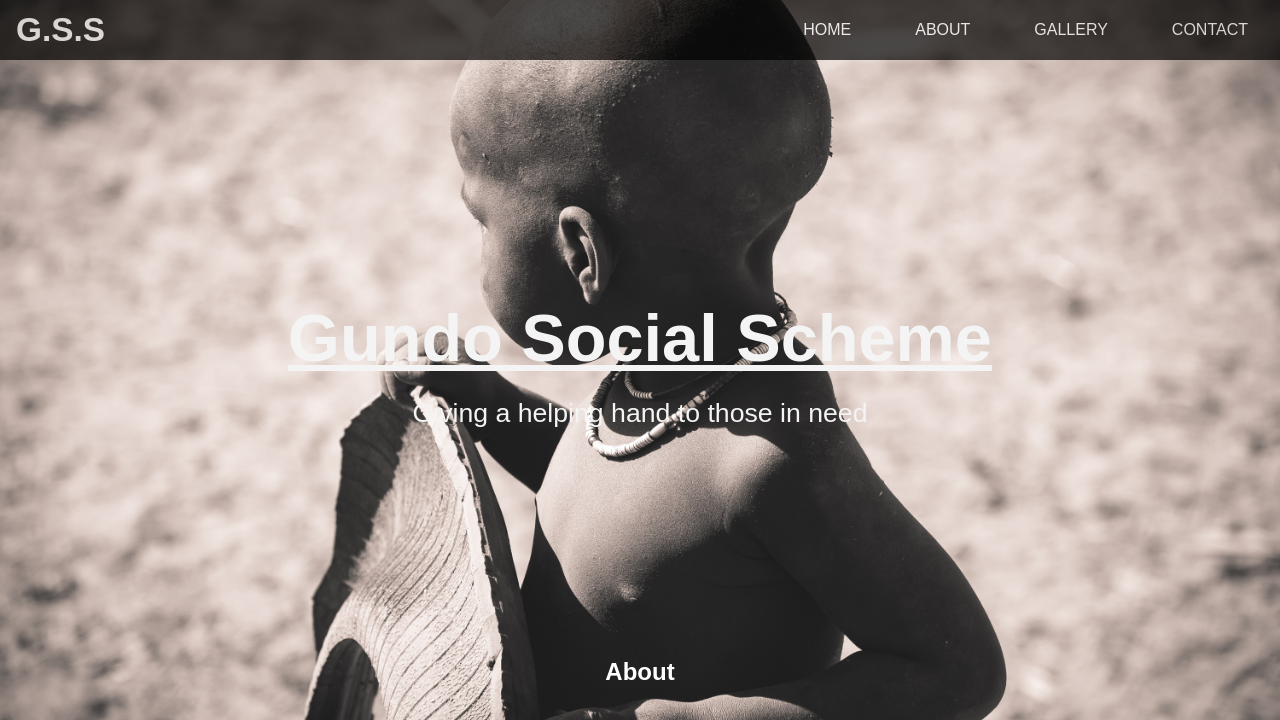
Repository: blessingNtoko/gss-basic_website
Page: index.html
An editor plug-in stored every save of this project. The page is shown before and after the next save, followed by the edit.
The browser window is 1280 px wide. The pictures show the whole page.
An inner scrolling area shows only its first screen.

Above is the page before, as saved 2020-05-13 21:21:21.

### index.html
<!DOCTYPE html>
<html lang="en">

<head>
    <meta charset="UTF-8">
    <meta name="viewport" content="width=device-width, initial-scale=1.0">
    <title>Gundo Social Scheme</title>
    <link rel="stylesheet" href="style.css">
</head>

<body>
    <div class="allContain">
        <nav class="navbar">
            <h1><a href="#home">G.S.S</a></h1>
            <ul>
                <li>
                    <a href="#home">Home</a>
                </li>
                <li>
                    <a href="#about">About</a>
                </li>
                <li>
                    <a href="#work">Gallery</a>
                </li>
                <li>
                    <a href="#contact">Contact</a>
                </li>
            </ul>
        </nav>

        <section id="home">
            <div class="contain">
                <h1>Gundo Social Scheme</h1>
                <p>Giving a helping hand to those in need</p>
            </div>

        </section>

        <section id="about">
            <h1>About</h1>
            <div class="container">
                <div class="row">
                    <div class="col">
                        <img src="assets/images/tempy.jpg" alt="About image">
                    </div>
                    <div class="col">
                        <div class="about1">
                            <h2>Who we are</h2>
                            <p>
                                We are Gundo Social Scheme, a non-profit organization with the founding goal being to help to help South Africa in social development of rural areas as well as providing feeding schemes to the impoverished and charitable ventures to those in need.
                            </p>
                            <br />
                            <h2>What we do</h2>
                            <p>
                                We offer social development, feeding schemes, charity events, sport development, the building of clinics, and providing adequate healthcare to all people through either the distribution of medical resources or providing access to the necessary facilities
                                needed for medical purposes.
                            </p>
                        </div>
                    </div>
                </div>
                <div class="row">
                    <div class="col">
                        <div class="about2">
                            <h2>Vision</h2>
                            <p>
                                Gundo Social Scheme's vision is to respond comprehensively to threats to underprivileged communities throughout South Africa, especially in rural areas. We want to render rural community services which will uplift their standard of living by giving them
                                the knowledge and skills to develop their communities.
                            </p>
                            <br />
                            <h2>Mission</h2>
                            <ul>
                                <li>
                                    Getting to know and building long-term relationships with rural communities.
                                </li>
                                <li>
                                    Operating and aligning social services to relevant legislation and community needs.
                                </li>
                                <li>
                                    Contributing to rural community social development like clinics, schools etc.
                                </li>

                            </ul>
                        </div>
                    </div>
                    <div class="col">
                        <img src="assets/images/tempy2.jpg" alt="About image">
                    </div>
                </div>
            </div>
        </section>

        <div class="fixedScroll fixedScroll1">
            <div class="fixedText">
                <span class="border trans">
                    Image Two text
                </span>
            </div>
        </div>

        <section id="work">
            <h1>Gallery</h1>
            <div class="container">
                <div class="row">
                    <div class="col">
                        <img src="assets/images/workImages/work1.jpeg" alt="">
                    </div>
                    <div class="col">
                        <img src="assets/images/workImages/work2.jpeg" alt="">

                    </div>
                    <div class="col">
                        <img src="assets/images/workImages/work3.jpeg" alt="">

                    </div>

                    <div class="col">
                        <img src="assets/images/workImages/work4.jpeg" alt="">

                    </div>
                    <div class="col">
                        <img src="assets/images/workImages/work5.jpeg" alt="">

                    </div>
                    <div class="col">
                        <img src="assets/images/workImages/work6.jpeg" alt="">

                    </div>
                    <div class="col">
                        <img src="assets/images/workImages/work7.jpeg" alt="">

                    </div>
                    <div class="col">
                        <img src="assets/images/workImages/work8.jpeg" alt="">

                    </div>
                    <div class="col">
                        <img src="assets/images/workImages/work9.jpeg" alt="">

                    </div>
                    <div class="col">
                        <img src="assets/images/workImages/work10.jpeg" alt="">

                    </div>
                </div>
            </div>
        </section>

        <div class="fixedScroll fixedScroll2">
            <div class="fixedText">
                <span class="border trans">
                    Image Two text
                </span>
            </div>
        </div>

        <section id="contact">
            <h1>Contact</h1>
            <div class="container">
                <div class="row">
                    <div class="col col1">
                        <h1>G.S.S</h1>
                        <span>Giving a helping hand to those in need</span>
                    </div>
                    <div class="col col2">
                        <h2>To get in touch with us:</h2>
                        <div class="details">
                            <div class="details1">
                                <h3>Laura Ntoko: Director</h3>
                                <ul>
                                    <li>Cell: 0729674696</li>
                                    <li>Email: ntokolaura@gmail.com</li>
                                </ul>
                            </div>
                            <div class="details2">
                                <h3>Blessing Ntoko</h3>
                                <ul>
                                    <li>Cell: 0813182707</li>
                                    <li>Email: bntoko@gmail.com</li>
                                </ul>
                            </div>
                        </div>
                    </div>
                    <div class="col col2">
                        <h2>To Donate:</h2>
                        <ul>
                            <li>Acc Name: Gundo Social Scheme</li>
                            <li>Branch Name: First National Bank</li>
                            <li>Branch Code: 251705</li>
                            <li>Acc Number: 62564396713</li>
                        </ul>

                    </div>
                </div>
            </div>
            <footer>
                <div class="info">
                    <span> &copy; Gundo Social Scheme</span>
                    <span>Company Number: 2010/012119/08</span>
                    <span>Reg: 085-904-NPO</span>
                    <span>Address: 104 Yeo street, Yeoville, Johannesburg</span>
                </div>
                <div class="webInfo">
                    Proudly made by &copy; <span id="made">theBlessed</span> - Freelance Developer
                </div>
            </footer>
        </section>
    </div>

</body>

</html>

### style.css
* {
    margin: 0;
    padding: 0;
}

body {
    font-family: Arial, Helvetica, sans-serif;
    line-height: 1.6;
    height: 100vh;
    overflow: hidden;
}

.allContain {
    width: 100%;
    height: 100%;
    /* CSS smooth scroll properties */
    overflow-y: scroll;
    scroll-behavior: smooth;
    scroll-snap-type: y mandatory;
}

.navbar {
    position: fixed;
    top: 0;
    z-index: 1;
    display: flex;
    flex-direction: row;
    align-items: center;
    width: 100%;
    height: 60px;
    background: black;
    opacity: .7;
}

.navbar h1 {
    color: white;
    font-size: 25pt;
    margin-left: 1rem;
}

.navbar h1 a {
    text-decoration: none;
    text-transform: uppercase;
    color: #f4f4f4;
}

.navbar h1 a:hover {
    color: rgb(63, 63, 196);
}

.navbar ul {
    display: flex;
    list-style: none;
    width: 100%;
    /* text-align: right; */
    justify-content: flex-end;
}

.navbar ul li {
    margin: 0 1rem;
    padding: 1rem;
}

.navbar ul li a {
    text-decoration: none;
    text-transform: uppercase;
    color: #f4f4f4;
}

.navbar ul li a:hover {
    color: rgb(63, 63, 196);
}

section {
    display: flex;
    flex-direction: column;
    align-items: center;
    justify-content: center;
    text-align: center;
    width: 100%;
    height: 100vh;
    scroll-snap-align: center;
    background-color: black;
    color: white;
}

#home {
    background-image: url(assets/images/tempy4.jpg);
    background-position: center;
    background-repeat: no-repeat;
    background-size: cover;
    background-attachment: fixed;
    color: #f4f4f4;
}

#home h1 {
    font-size: 50pt;
    text-decoration: underline;
}

#home p {
    font-size: 20pt;
}

#about {
    margin-top: 3rem;
}

#about img {
    text-align: center;
    width: 35rem;
    height: 25rem;
    opacity: .7;
    transition: all .5s;
}

#about .row {
    display: flex;
    flex-direction: row;
    align-items: center;
}

#about .row:hover img {
    opacity: 1;
}

#about .col p {
    width: 50rem;
}

#about .col .about1 {
    border-left: 5px solid white;
    margin-left: 17rem;
    padding-left: 2rem;
    text-align: left;
}

#about .col .about2 {
    border-right: 5px solid white;
    margin-right: 17rem;
    padding-right: 2rem;
    text-align: right;
}

.fixedScroll {
    position: relative;
    opacity: 0.7;
    background-position: center;
    background-size: cover;
    background-repeat: no-repeat;
    background-attachment: fixed;
}

.fixedScroll1 {
    background-image: url(assets/images/tempy5.jpg);
    min-height: 400px;
}

.fixedScroll2 {
    background-image: url(assets/images/tempy6.jpg);
    min-height: 400px;
}

#about .row {
    display: flex;
    flex-direction: row;
    justify-content: center;
    margin-top: 3rem;
}

#work .row {
    display: flex;
    flex-direction: row;
    flex-wrap: wrap;
    justify-content: space-evenly;
    align-items: center;
}

#work .row img {
    width: 20rem;
    height: 25rem;
    line-height: 1rem;
    margin-top: 1.5rem;
    opacity: .8;
    transition: all .5s;
}

#work .row img:hover {
    opacity: 1;
}

#contact .container {
    display: flex;
    flex-direction: column;
    justify-content: center;
    align-items: center;
    width: 100%;
    height: 100%;
}

#contact .row {
    display: flex;
    flex-direction: row;
    justify-content: space-evenly;
    align-items: center;
    width: 100%;
    height: 100%;
}

#contact .col1 {
    text-align: center;
}

#contact .col2 {
    /* border: 1px solid black; */
    text-align: left;
}

#contact .row h1 {
    font-size: 80pt;
    text-decoration: underline;
}

#contact .row span {
    font-size: 30pt;
}

.details {
    display: flex;
    justify-content: space-evenly;
    align-items: center;
}

ul li {
    list-style: none;
}

.details2 {
    border-left: 2px solid black;
    margin-left: 2rem;
    padding-left: 2rem;
}

footer {
    background-color: white;
    width: 100%;
    height: 10rem;
    color: black;
    display: flex;
    justify-content: space-evenly;
    align-items: center;
}

footer .info {
    display: flex;
    flex-direction: column;
    justify-content: center;
    text-align: left;
}

#made {
    color: rgb(143, 10, 10);
}

After the next save:
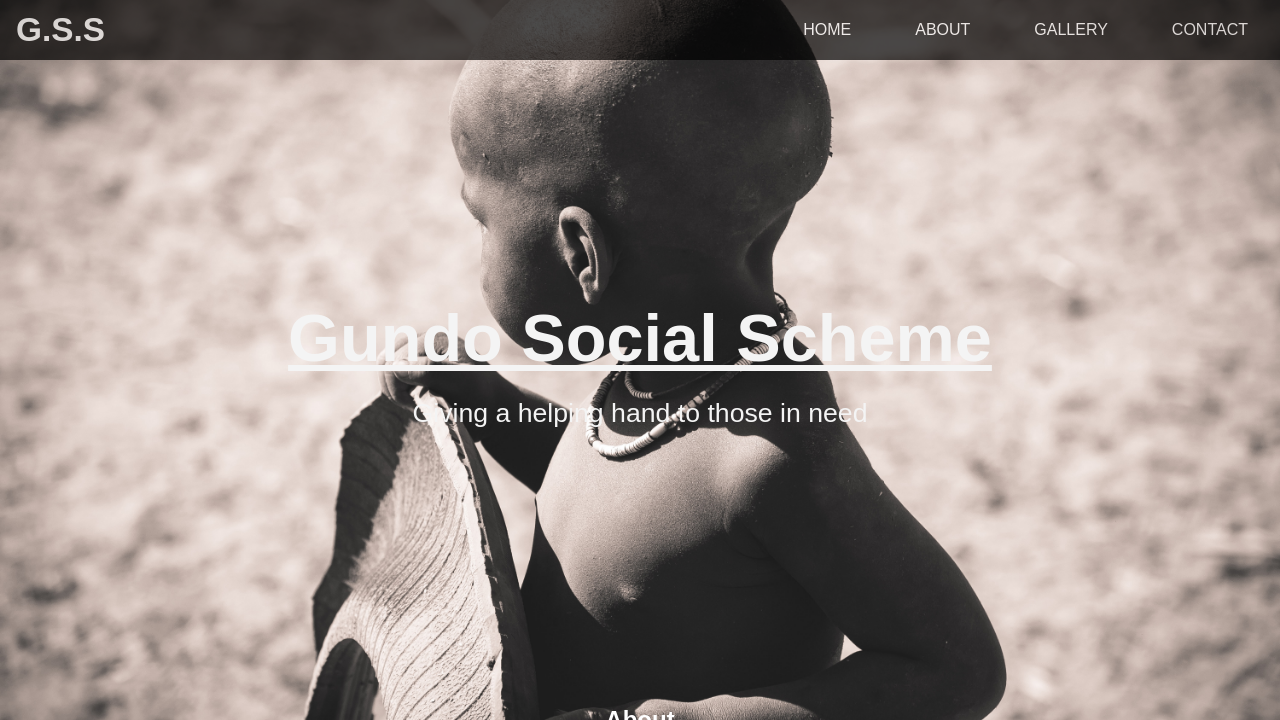
Saved 57 s later.
--- a/style.css
+++ b/style.css
@@ -165,7 +165,7 @@ section {
     display: flex;
     flex-direction: row;
     justify-content: center;
-    margin-top: 3rem;
+    /* margin-top: 3rem; */
 }
 
 #work .row {
